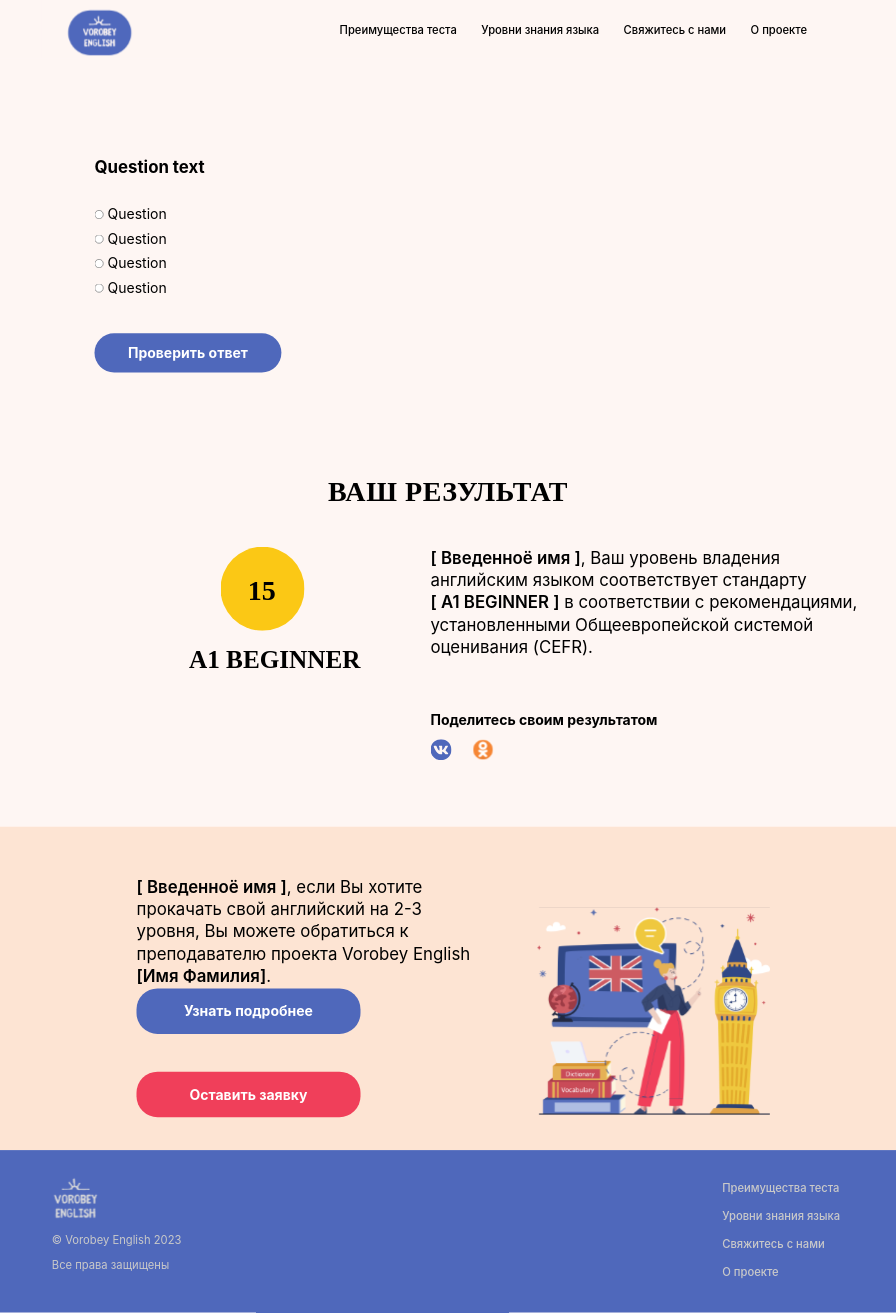
Repository: WladimirVA/PP-01-01_Dandelions
Page: test.html
These files come from the project's save history. The page is drawn as it stood at one moment and after the next save; the edit follows.
The browser window is 1280 px wide. The pictures show the whole page, at 70% of full size.

Above is the page before, as saved 2023-02-22 14:07:16.

After the next save:
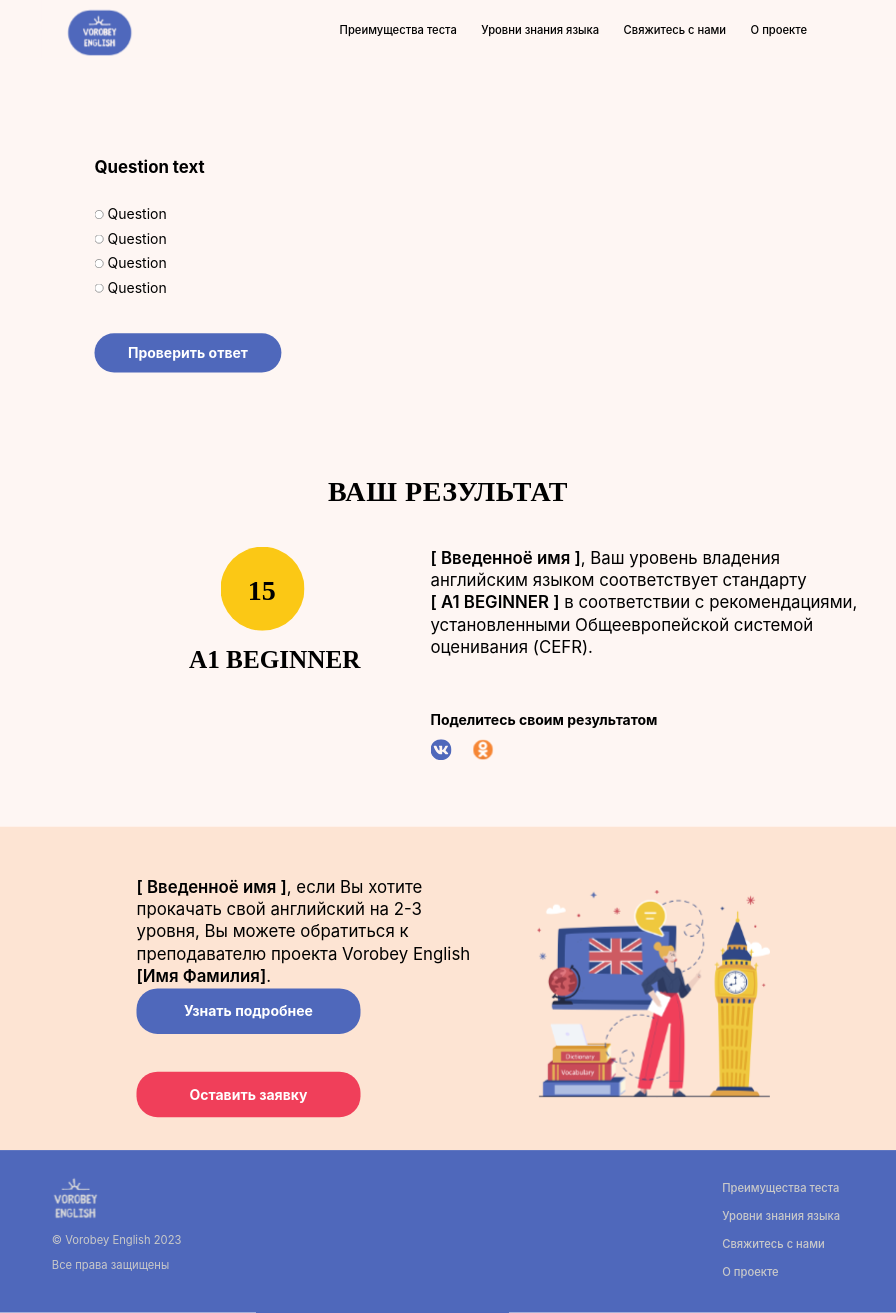
Saved 114 s later.
--- a/static/css/test.css
+++ b/static/css/test.css
@@ -174,7 +174,7 @@
 
 .appeal img {
     margin-right: 180px;
-    padding-top: 45px;
+    padding-top: 20px;
 }
 
 .appeal-text p {
